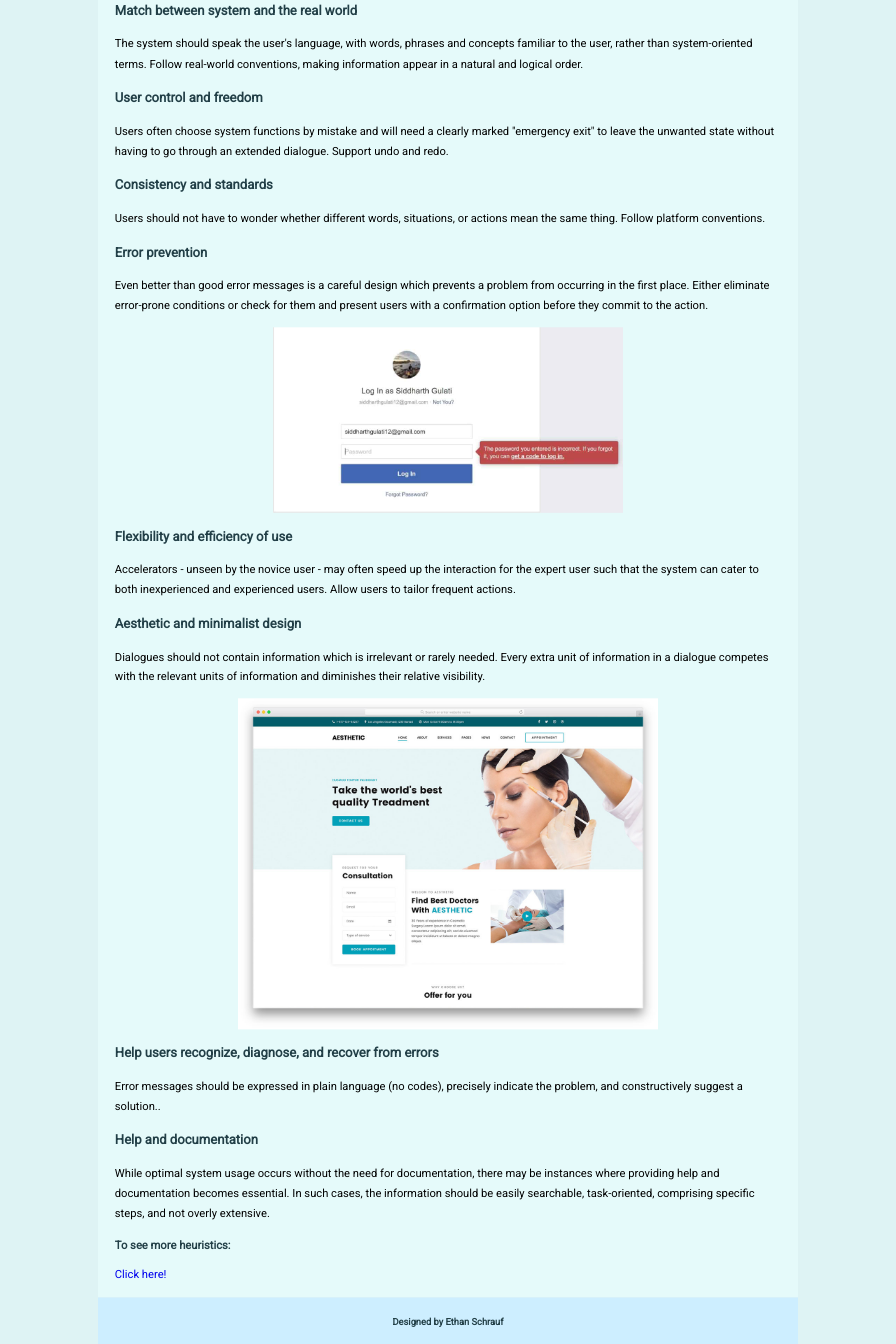
Repository: ethan-schrauf/UniversalDesignWebsite
Page: Final-Project/what.html
The author's editor kept a copy of each file at every save. The page is drawn from the files as they stood at one save, then again after the next save.
The browser window is 1280 px wide. The pictures show the part of the page from y = 702 to 2622 px (the page is 2622 px tall before and 2576 px after), at 70% of full size.

Above is the page before, as saved 2023-11-27 17:28:07.

### Final-Project/what.html

<!DOCTYPE html>

<html lang="en">
<head>
  <meta charset="UTF-8">
  <meta name="viewport" content="width=device-width, initial-scale=1.0">
  <meta http-equiv="X-UA-Compatible" content="ie=edge">
  <title>Why Accessibility Matters</title>
  <link href="what.css" rel="stylesheet">
</head>
<body>
    <a href="#main-content" class="skip-link">Skip to main content</a>
<div class="container">
  <header>
    <h1>The Importance of Accessible Web Design</h1>
  </header>
  <nav>
    <h2 class="sr-only">Main Navigation</h2>
    <ul>
      <li><a href="why.html">Why It Matters</a></li>
      <li><a href="what.html">What It Looks Like</a></li>
      <li><a href="how.html">How To Do It</a></li>
    </ul>
  </nav>
  <main id="main-content" class="mainy">
    <section>
      <h2 id="What-It-Looks-Like">Website Heuristics for Usability and Accessibility</h2>
      <h3>Visibility of system status</h3>
      <p>The system must consistently provide users with relevant updates in a timely manner, ensuring they are well-informed about ongoing processes.</p>
      <img src="images/system-status.png" alt="System status" style="width: 400px; height: auto;">
      <h3>Match between system and the real world</h3>
      <p>The system should speak the user's language, with words, phrases and concepts familiar to the user, rather than system-oriented terms. Follow real-world conventions, making information appear in a natural and logical order.</p>
      <h3>User control and freedom</h3>
      <p>Users often choose system functions by mistake and will need a clearly marked "emergency exit" to leave the unwanted state without having to go through an extended dialogue. Support undo and redo.</p>
      <h3>Consistency and standards</h3>
      <p>Users should not have to wonder whether different words, situations, or actions mean the same thing. Follow platform conventions.</p>
      <h3>Error prevention</h3>
      <p>Even better than good error messages is a careful design which prevents a problem from occurring in the first place. Either eliminate error-prone conditions or check for them and present users with a confirmation option before they commit to the action.</p>
      <img src="images/error-prevention.jpeg" alt="Error prevention" style="width: 500px; height: auto;">
      <h3>Flexibility and efficiency of use</h3>
      <p>Accelerators - unseen by the novice user - may often speed up the interaction for the expert user such that the system can cater to both inexperienced and experienced users. Allow users to tailor frequent actions.</p>
      <h3>Aesthetic and minimalist design</h3>
      <p>Dialogues should not contain information which is irrelevant or rarely needed. Every extra unit of information in a dialogue competes with the relevant units of information and diminishes their relative visibility.</p>
      <img src="images/aesthetic-website.jpeg" alt="Image of an aesthetic pink website" style="width: 600px; height: auto;">
      <h3>Help users recognize, diagnose, and recover from errors</h3>
      <p>Error messages should be expressed in plain language (no codes), precisely indicate the problem, and constructively suggest a solution..</p>
      <h3>Help and documentation</h3>
      <p>While optimal system usage occurs without the need for documentation, there may be instances where providing help and documentation becomes essential. In such cases, the information should be easily searchable, task-oriented, comprising specific steps, and not overly extensive.</p>
      <h4>To see more heuristics:</h4>
      <a href="https://fluidproject.atlassian.net/wiki/spaces/fluid/pages/11611933/Heuristic+Evaluation">Click here!</a>
    </section>
  </main>
<footer>
    <small> Designed by Ethan Schrauf</small>
  </footer>

</div> <!-- end container -->
</body>
</html>

### Final-Project/what.css
@import url('https://fonts.googleapis.com/css2?family=Roboto&display=swap');
@import url('https://fonts.googleapis.com/css2?family=Roboto&family=Roboto+Condensed:wght@300&display=swap');

body {
    background: rgb(222, 243, 244);
}

/* css reset */
::before,
::after {
    box-sizing: border-box;
    padding: 0;
    margin: 0;
}

img {
  display: block;
  margin: auto;
  max-width: 100%; /* Set the maximum width to 100% of the container */
  height: auto;    /* Maintain the aspect ratio */
}

/* Add this rule for the images inside the section */
main img {
  width: 100%; /* Set the width to 100% of the container */
  max-width: none; /* Override max-width for images inside the section */
}

h1,
h3 {
    padding: .2em 0;
}

h2 {
  padding: 0.5em 0;
}

h1 {
  font-family: 'Roboto Condensed', sans-serif;
  text-shadow: 0.5px 0.5px 0.5px black;
}

p {
    margin: 1.0em 0;
    line-height: 1.8em;
}

header,
nav,
main,
aside,
footer {
    padding: 1.5em;
}

header,
footer {
    text-align: center;
}

.container {
    max-width: 1000px;
    margin: 0 auto;
    /* background: rgb(243, 251, 209); */
    display: grid;
    width: 100vw;
    height: 100vh;
    grid-template-columns:
     1fr       1fr;
    grid-template-areas:
    "heady     heady"
    "navvy     navvy"
    "mainy    mainy"
    "mainy    mainy"
    "footy     footy";

  }

  header {grid-area: heady; background:rgb(237, 245, 244);}
nav {grid-area: navvy; background:rgb(184, 224, 248);}
main {grid-area: mainy; background: rgb(229, 250, 250); max-height: 100%;}
#Park-Rules {grid-area: Park-Rules; background: rgb(214, 236, 245);}
#Colorado-Wildlife {grid-area: Colorado-Wildlife; background: rgb(215, 241, 247);}
footer {grid-area: footy; background: rgb(205, 238, 255);}

nav ul {
    display: flex;
    flex-flow: row nowrap;
    justify-content: space-around;
    }

    nav ul li {
      list-style: none
    }

    @media screen
      and (min-width: 701px)
      and (max-width: 701px)  {
    .container {
    grid-template-columns:
       1fr 1fr;
    grid-template-areas:
      "heady heady"
      "navvy navvy"
      "mainy mainy"
      "footy footy";
    }
    }

    @media screen
      and (max-width: 700px)  {
    .container {
    grid-template-columns:
       1fr;
    grid-template-areas:
      "heady"
      "navvy"
      "mainy"
      "footy";
    }
    nav ul {
      flex-flow: column nowrap;
      text-align: center;
    }
    nav ul li a {
      display: block;
      padding: 10px 5px;
      margin: 5px;
      background: white;

    }
    }

    p {
        font-family: 'Roboto', sans-serif;
    }

    h3,
    h4,
    footer {
      font-family: 'Roboto', sans-serif;
      font-weight: bold;
      color: #223f47;
    }

    h2,
    h1 {
        font-family: 'Roboto Condensed', sans-serif;
    }

    #park-image {
        width: 300px; /* Set the desired width in pixels */
        height: auto; /* Maintain the aspect ratio */
      }

      .sr-only {
        border: 0;
        clip: rect(0, 0, 0, 0);
        height: 1px;
        margin: -1px;
        overflow: hidden;
        padding: 0;
        position: absolute;
        white-space: nowrap;
        width: 1px;
      }

       a {
      text-decoration: none;
      font-family: 'Roboto', sans-serif;
    }

    .skip-link {
        background: lavender;
        color: black;
        font-weight: 700;
        padding: 4px;
        position: absolute;
        transform: translate(-200%);
        text-decoration: none; /* Remove underline */
        z-index: 9999; /* Ensure it's on top */
      }

      .skip-link:focus {
        transform: translate(0%);
      }

      .skip-link {
        transition: transform 0.5s;
      }

After the next save:
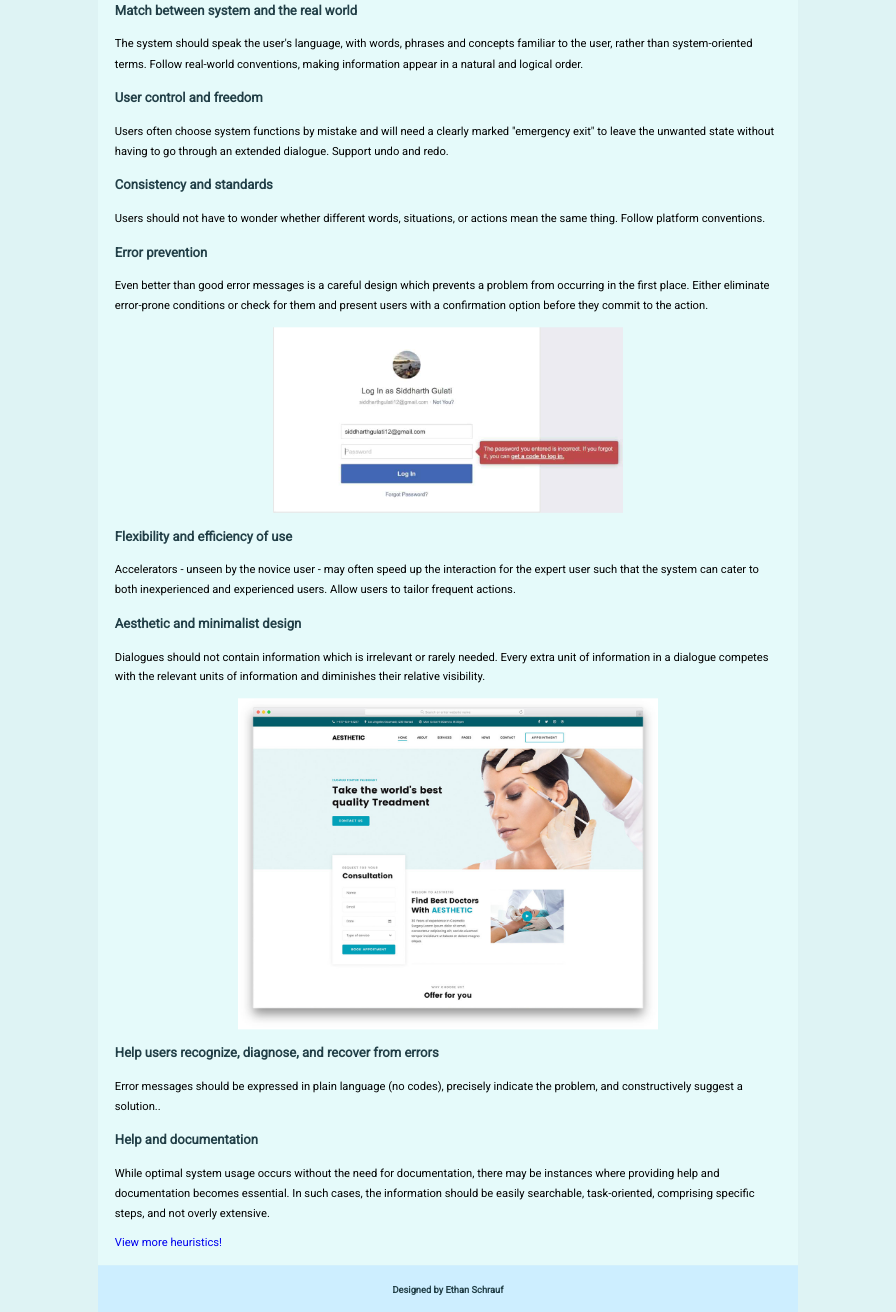
Saved 2 min 2 s later.
--- a/Final-Project/what.html
+++ b/Final-Project/what.html
@@ -47,8 +47,7 @@
       <p>Error messages should be expressed in plain language (no codes), precisely indicate the problem, and constructively suggest a solution..</p>
       <h3>Help and documentation</h3>
       <p>While optimal system usage occurs without the need for documentation, there may be instances where providing help and documentation becomes essential. In such cases, the information should be easily searchable, task-oriented, comprising specific steps, and not overly extensive.</p>
-      <h4>To see more heuristics:</h4>
-      <a href="https://fluidproject.atlassian.net/wiki/spaces/fluid/pages/11611933/Heuristic+Evaluation">Click here!</a>
+      <a href="https://fluidproject.atlassian.net/wiki/spaces/fluid/pages/11611933/Heuristic+Evaluation">View more heuristics!</a>
     </section>
   </main>
 <footer>
